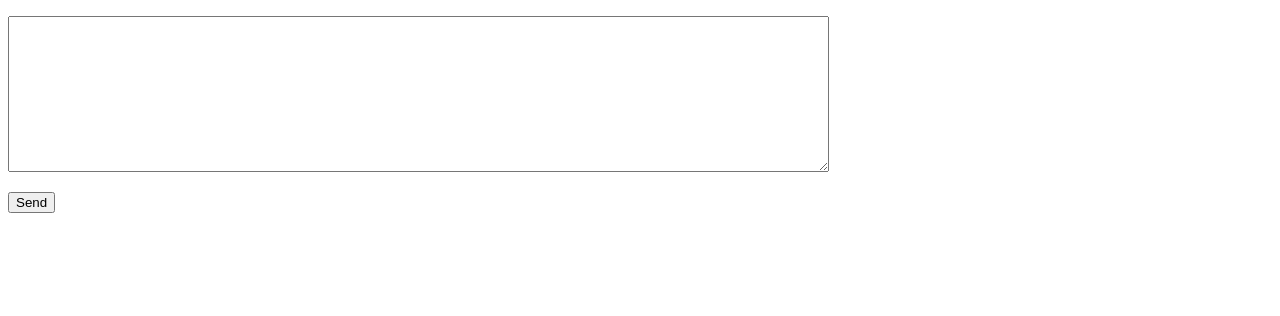
Repository: ml223nw/1dv403-laborationer
Page: 2-labbymezzage/index.html
The author's editor kept a record of every edit. The page is drawn from the files as they stood at one moment, then again after the next edit.
The browser window is 1280 px wide. The pictures show the whole page.

Above is the page before.

### 2-labbymezzage/index.html
<!DOCTYPE html>
<html>
    <head>
        <title>Labby Mezzage!</title>
        <script src="application.js"></script>
        <script src="message.js"></script>
    </head>
    <body>
        <div id="container">
            <div id="content">
                <div id="messages">

                </div>
                <form>
                    <p>
                        <textarea rows="10" cols="100" id="input"></textarea>
                    </p>
                    <p>
                        <input type="submit" value="Send" id="sendbutton">
                    </p>
                </form>
            </div>
        </div>
    </body>
</html>

### 2-labbymezzage/js/application.js
var application = {
    init: function() {
        alert("Hej hej");
    }
};

window.onload = application.init;

### 2-labbymezzage/js/message.js
"use strict";

function Message(message, date) {

    this.getText = function() {
        return message;
    }

    this.setText = function(_text) {
        message = _text;
    }

    this.getDate = function() {
        return date;
    }

    this.setDate = function(_date) {
        date = _date;
    }

    Message.prototype.toString = function() {
        return this.getText()+" ("+this.getDate()+")";
    }

    Message.prototype.getHTMLText = function() {
        return this.getText()+" ("+this.getDate()+")<br/>";
    }

    Message.prototype.getDateText = function() {
        return " ("+this.getDate()+")";
    };

    var mess = new Message("Testmeddelande", new Date());
    alert(mess)
    alert(mess.getText());
    mess.setText("En annan text");
    alert(mess)

}

After the next edit:
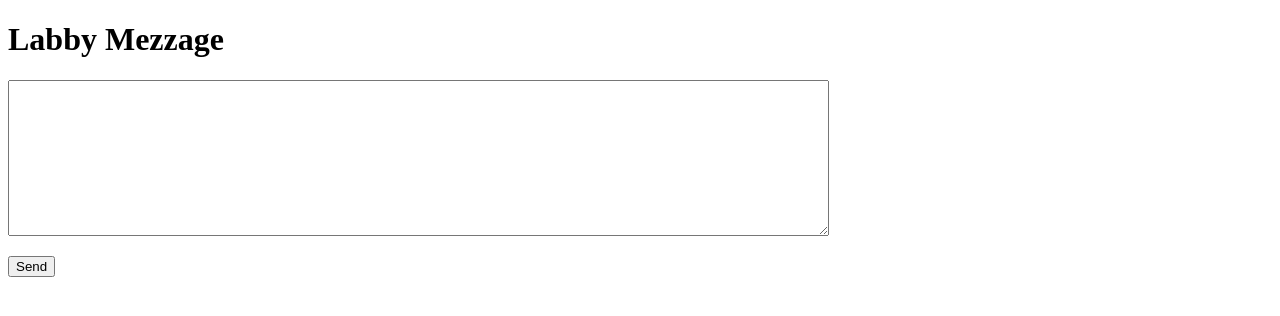
The edit:
--- a/2-labbymezzage/index.html
+++ b/2-labbymezzage/index.html
@@ -9,7 +9,7 @@
         <div id="container">
             <div id="content">
                 <div id="messages">
-
+                <h1>Labby Mezzage</h1>
                 </div>
                 <form>
                     <p>
